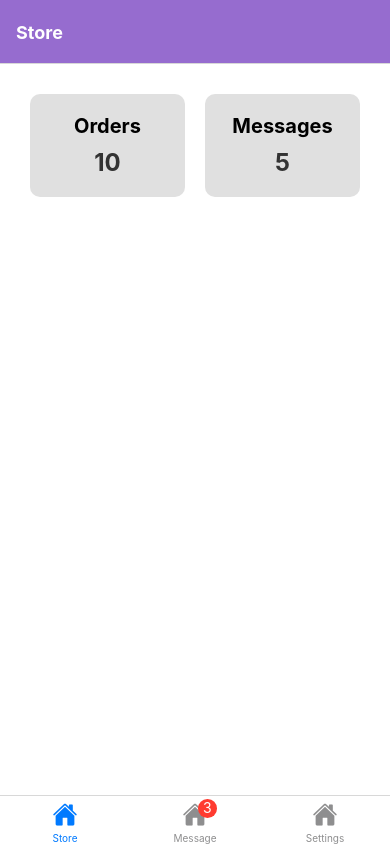
Repository: Waikato153/AwesomeProject
Screen: /
An editor plug-in stored every save of this project. The screen is shown before and after the next save, followed by the edit.
The app was drawn by React Native's web renderer in a window 390 px wide. The project was rebuilt for these pictures with package versions that can differ from the ones it lists, and the page was loaded fresh each time.

Above is the screen before, as saved 2024-02-28 17:20:06.

### App.js
import * as React from 'react';
import { Text, View, StyleSheet} from 'react-native';
import { NavigationContainer } from '@react-navigation/native';
import { createBottomTabNavigator } from '@react-navigation/bottom-tabs';
import { Ionicons } from '@expo/vector-icons';

import HomeScreen from './screens/HomeScreen';

function SettingsScreen() {
  return (
    <View style={{ flex: 1, justifyContent: 'center', alignItems: 'center' }}>
      <Text>Settings!</Text>
    </View>
  );
}


const styles = StyleSheet.create({
  container: {
    flex: 1,
    justifyContent: 'center',
    backgroundColor: 'white',
    alignItems: 'center',
    padding: 8,
  },
  paragraph: {
    margin: 24,
    fontSize: 18,
    fontWeight: 'bold',
    textAlign: 'center',
  },
});

const Tab = createBottomTabNavigator();

function MyTabs() {
  return (

    <Tab.Navigator
      screenOptions={{
        tabBarIcon: ({ color, size }) => (
          <Ionicons name="home" color={color} size={size} />
        ),
        headerStyle: {
          backgroundColor: '#966ccf',
        },
        headerTintColor: '#fff',
        headerTitleStyle: {
          fontWeight: 'bold',
        },
      }}
    >
      <Tab.Screen
        name="Store"
        component={HomeScreen}

      />
      <Tab.Screen
        name="Message"
        component={SettingsScreen}
        options={{
          tabBarBadge: 3
        }}
      />
      <Tab.Screen
        name="Settings"
        component={SettingsScreen}
      />
    </Tab.Navigator>
  );
}

export default function App() {
  return (
    <NavigationContainer>
      <MyTabs />
    </NavigationContainer>
  );
}

### screens/HomeScreen.js
import React from 'react';
import { View, Text, StyleSheet } from 'react-native';

const HomeScreen = () => {
  return (
    <View style={styles.container}>
      <View style={styles.block}>
        <Text style={styles.title}>Orders</Text>
        <Text style={styles.count}>10</Text>
      </View>
      <View style={styles.block}>
        <Text style={styles.title}>Messages</Text>
        <Text style={styles.count}>5</Text>
      </View>

    </View>
  );
};



const styles = StyleSheet.create({
  container: {
    flex: 1,
    flexDirection: 'row',
    justifyContent: 'space-around',
    alignItems: 'flex-start',
    backgroundColor: '#ffffff',
    padding: 20,
  },
  block: {
    flex: 1,
    justifyContent: 'center',
    alignItems: 'center',
    backgroundColor: '#e0e0e0',
    borderRadius: 10,
    padding: 20,
    margin: 10,
  },
  title: {
    fontSize: 20,
    fontWeight: 'bold',
    marginBottom: 10,
  },
  count: {
    fontSize: 24,
    fontWeight: 'bold',
    color: '#333333',
  },
});



export default HomeScreen;

After the next save:
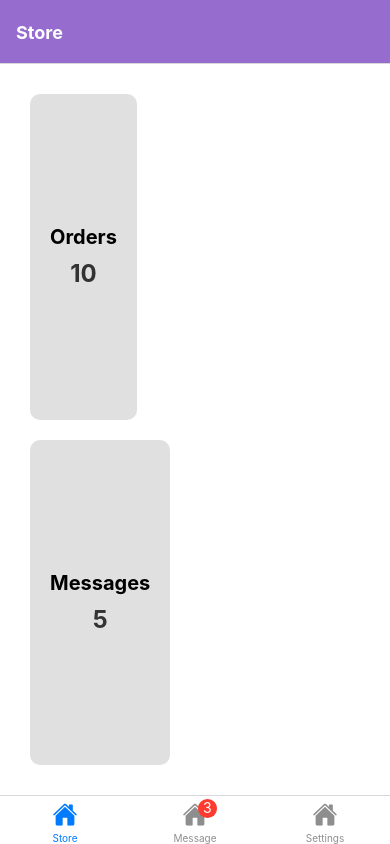
Saved 4 h 22 min later.
--- a/screens/HomeScreen.js
+++ b/screens/HomeScreen.js
@@ -22,7 +22,7 @@
 const styles = StyleSheet.create({
   container: {
     flex: 1,
-    flexDirection: 'row',
+    flexDirection: 'column',
     justifyContent: 'space-around',
     alignItems: 'flex-start',
     backgroundColor: '#ffffff',

After the save that followed:
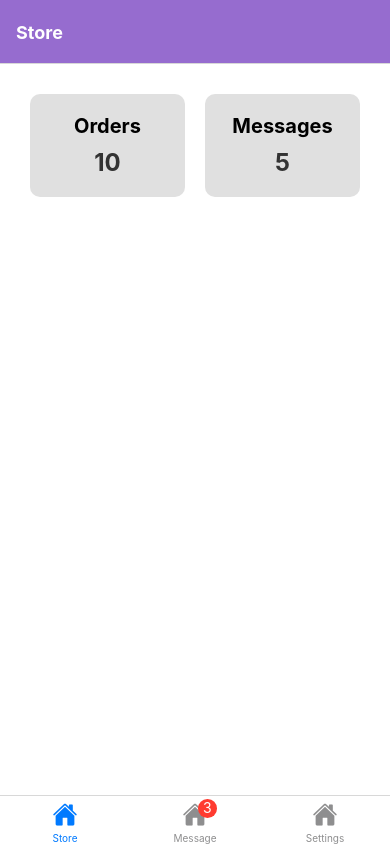
Saved 11 s later.
--- a/screens/HomeScreen.js
+++ b/screens/HomeScreen.js
@@ -22,7 +22,7 @@
 const styles = StyleSheet.create({
   container: {
     flex: 1,
-    flexDirection: 'column',
+    flexDirection: 'row',
     justifyContent: 'space-around',
     alignItems: 'flex-start',
     backgroundColor: '#ffffff',
